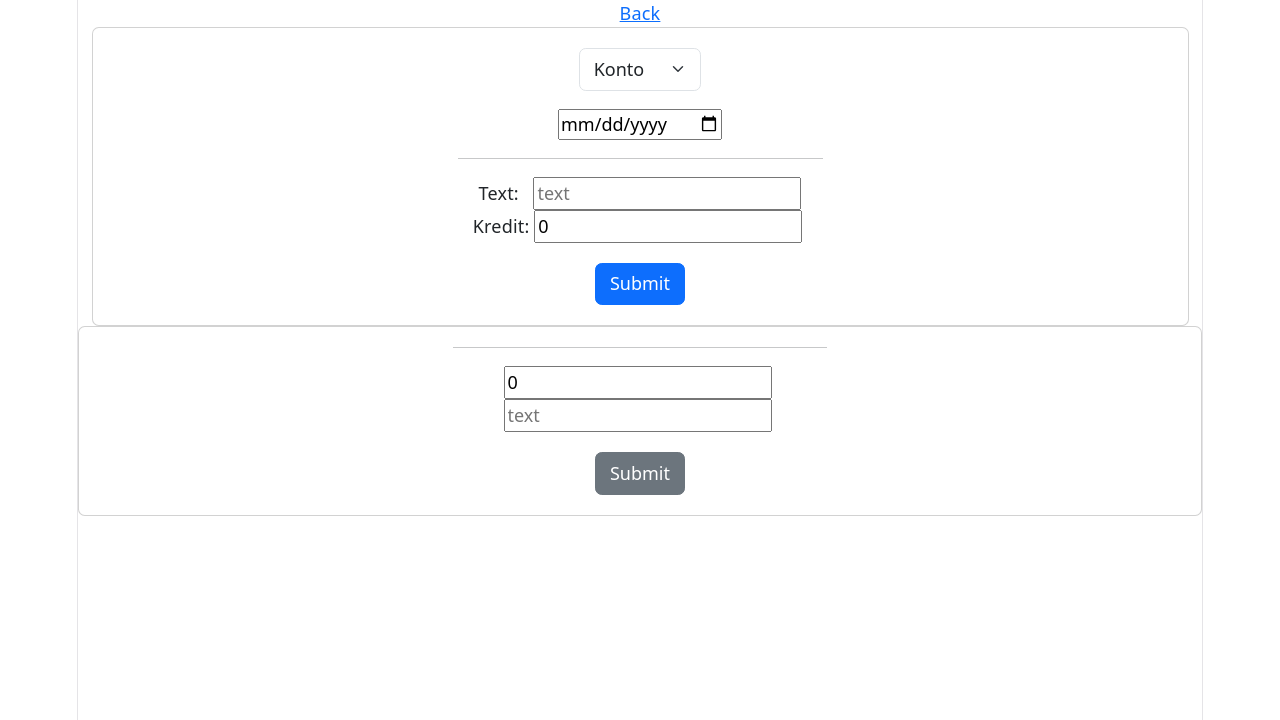
Repository: supply24/kidsaccount
Page: /action
An editor plug-in stored every save of this project. The page is shown before and after the next save, followed by the edit.
The browser window is 1280 px wide. The pictures show the whole page.
The page's requests for data from a server got no answer. The project was rebuilt for these pictures with package versions that can differ from the ones it lists, and the page was loaded fresh each time. No one was signed in, and anything a server would have sent is missing. Also part of the build but not shown: vite.config.js, src/App.css, src/App.jsx, src/Homing.jsx, src/Emilia.jsx, src/Alexander.jsx.

Above is the page before, as saved 2026-08-01 12:19:40.

After the next save:
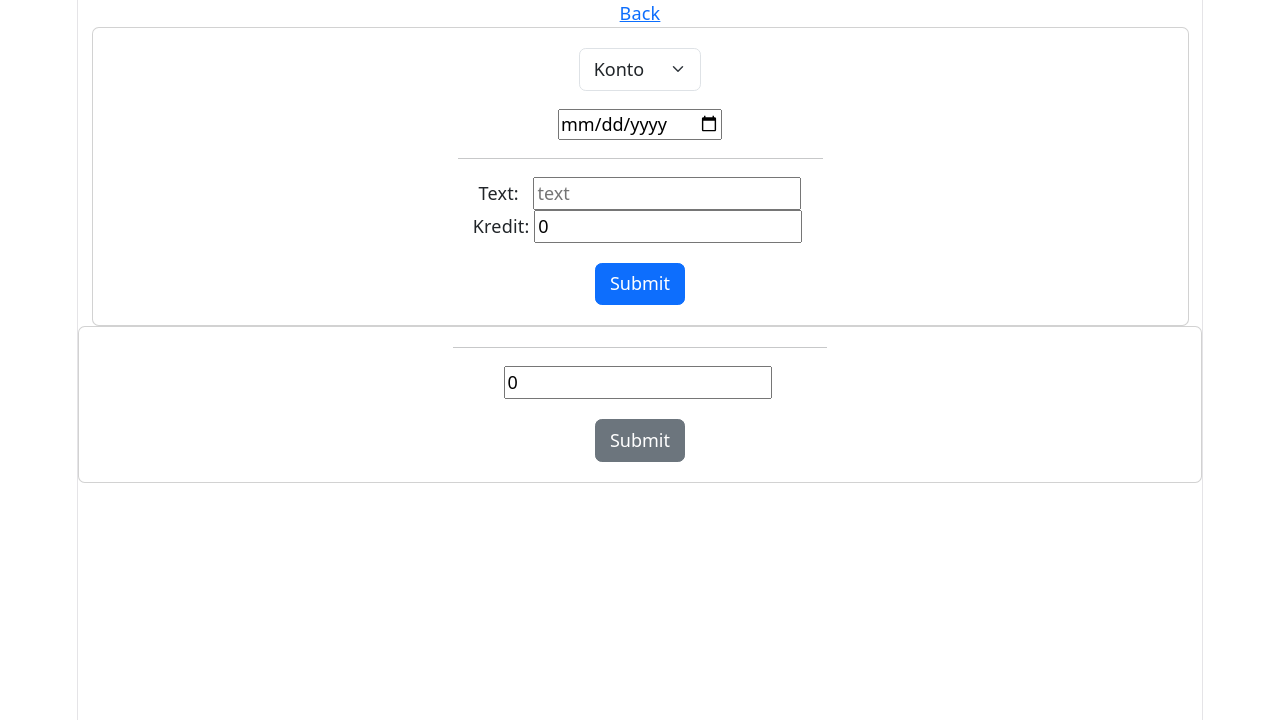
Saved 21 s later.
--- a/src/Actions.jsx
+++ b/src/Actions.jsx
@@ -127,7 +127,7 @@ const Actions = () => {
 
 <hr></hr>
 <input type="number" value={debet} onChange={handleDebet} placeholder='debet'/>&nbsp;
-<input type="text" value={texting} onChange={handleTexting} placeholder='text'/>&nbsp;
+
 
 <Col align="center" md  ={4} className="mx-auto" style={{marginTop:"20px"}}>
   </Col>
